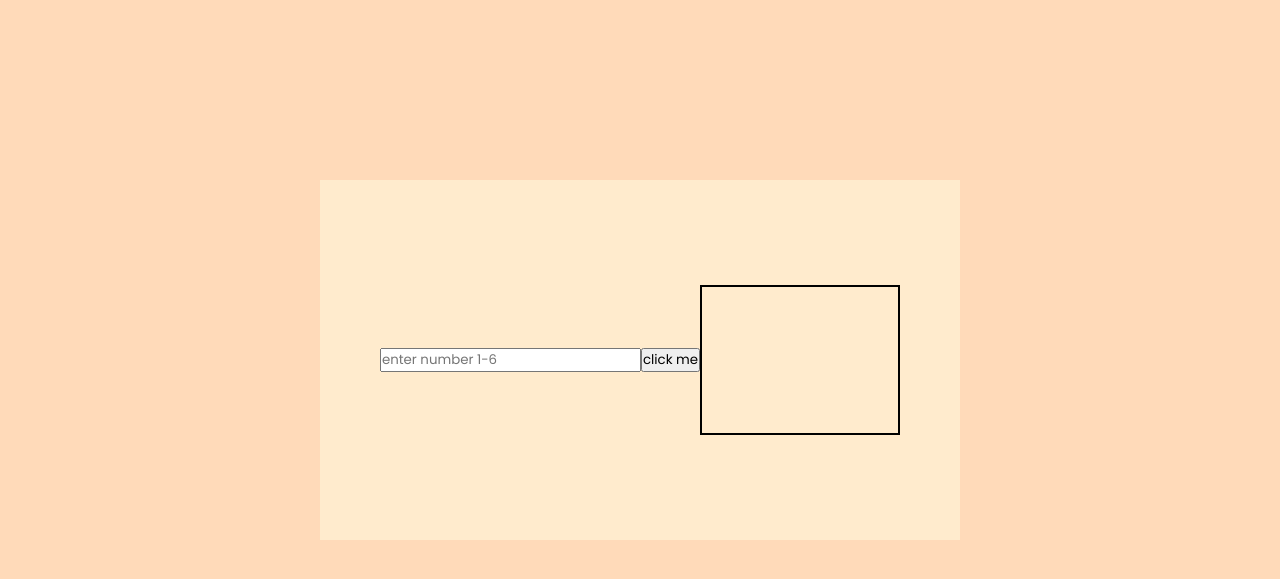
Repository: Seryozha02/Guessing-Game
Page: promise.html
An editor plug-in stored every save of this project. The page is shown before and after the next save, followed by the edit.
The browser window is 1280 px wide. The pictures show the whole page.

Above is the page before, as saved 2022-02-21 23:23:01.

After the next save:
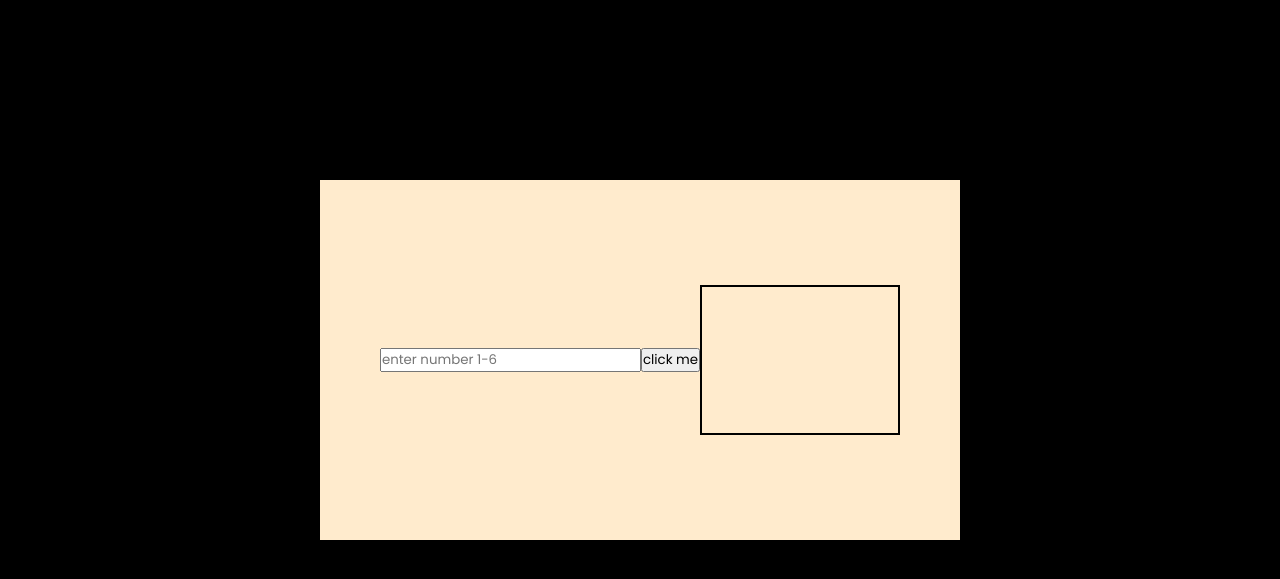
Saved 13 s later.
--- a/promise.css
+++ b/promise.css
@@ -7,7 +7,7 @@
 }
 
 .body {
-    background-color: peachpuff ;
+    background-color: black ;
     position: absolute;
     width: 100%;
     height: 100%;
